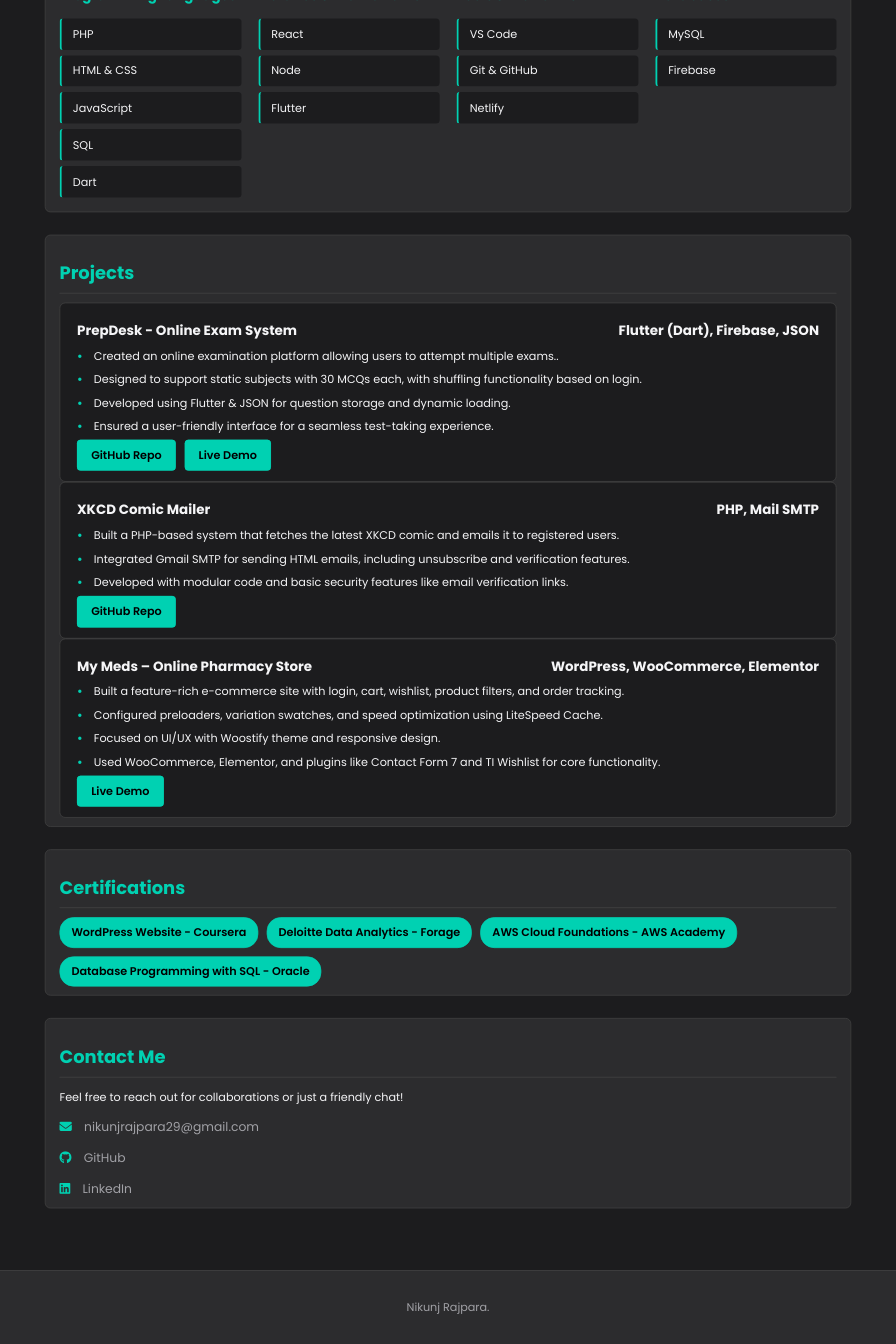
Repository: NikunjRajpara/portfolio
Page: index.html
An editor plug-in stored every save of this project. The page is shown before and after the next save, followed by the edit.
The browser window is 1280 px wide. The pictures show the part of the page from y = 1666 to 3586 px (the page is 3586 px tall), at 70% of full size.

Above is the page before, as saved 2025-07-23 11:12:26.

### index.html
<!DOCTYPE html>
<html lang="en">
<head>
    <meta charset="UTF-8">
    <meta name="viewport" content="width=device-width, initial-scale=1.0">
    <title>Nikunj Rajpara | Personal Portfolio</title>
    <link rel="stylesheet" href="style.css">
    <link rel="preconnect" href="https://fonts.googleapis.com">
    <link rel="preconnect" href="https://fonts.gstatic.com" crossorigin>
    <link href="https://fonts.googleapis.com/css2?family=Poppins:wght@300;400;600;700&display=swap" rel="stylesheet">
    <link rel="stylesheet" href="https://cdnjs.cloudflare.com/ajax/libs/font-awesome/6.5.1/css/all.min.css">
</head>
<body>

    <!-- Header Section -->
    <header>
        <nav>
            <div class="logo">Nikunj Rajpara</div>
            <ul class="nav-links">
  <li><a href="#about">About</a></li>
  <li><a href="#education">Education</a></li>
  <li><a href="#experience">Experience</a></li>
  <li><a href="#skills">Skills</a></li>
  <li><a href="#projects">Projects</a></li>
  <li><a href="#certifications">Certifications</a></li>
  <li><a href="#contact">Contact</a></li>
</ul>

        </nav>
    </header>

    <!-- Main Content -->
    <main>
        <!-- Hero Section -->
        <section id="hero">
            <div class="hero-content">
                <img src="https://github.com/user-attachments/assets/263757a8-381b-4890-8bf0-0c66ba8d1ebf" alt="Profile Picture of Nikunj Rajpara" class="profile-img">
                <div class="hero-text">
                    <h1>MERN Stack Developer</h1>
                    <p>A passionate developer focused on building secure, scalable, and modern web applications.</p>
                </div>
            </div>
        </section>

        <!-- About Section -->
        <section id="about">
            <h2>About Me</h2>
            <div class="About-item">
            <ul class="introduction">
                    <li>I'm a Computer Engineering student at Marwadi University, passionate about exploring how technology works and bringing ideas to life through hands-on experience. With a strong foundation, I am sharpening my skills as a Mern Stack Intern at BrainyBeam Technologies.</li>
                    <li> I thrive on turning ideas into functional, scalable solutions. With hands-on experience and a solid understanding, I am now expanding my horizons into open-source development. I’ve learned the importance of clean code, version control, and team collaboration — all principles I carry into every project.</li>
                    <li> I’m actively seeking internship opportunities in software development and tech-driven roles where I can grow, collaborate, and make an impact.</li>
                    <li>Let’s connect!</li>
                    </div>
        </section>

        <!-- Education Section -->
<section id="education">
  <h2>Education</h2>
  <div class="education-item">
    <p><strong>Marwadi University, Rajkot</strong></p>
    <p><strong>Computer Engineering - Diploma</strong><br>Oct 2020 - May 2023 | CGPA: 8.13</p>
  </div>
  <div class="education-item">
    <p><strong>Marwadi University, Rajkot</strong></p>
    <p><strong>Computer Engineering - B. Tech</strong><br>Sept 2023 - May 2026</p>
  </div>
</section>

        <!-- Experience Section -->
        <section id="experience">
            <h2>Experience</h2>
            <div class="experience-item">
                <div class="experience-header">
                    <h3>Brainy Beam Technologies | MERN Stack Intern</h3>
                    <span class="experience-location">Ahmedabad, Gujarat | May 2025 – June 2025</span>
                </div>
                <ul class="experience-details">
                    <li>Developed secure authentication and registration flows with real-time validation and structured error handling.</li>
                    <li>Built Core page layouts including routing, profile modules, and dashboard navigation with a clean, scalable architecture.</li>
                    <li>Followed modern web development standards and clean code practices, ensuring maintainability, performance, and security.</li>
                </ul>
            </div>
        </section>

        <!-- Skills Section -->
        <section id="skills">
            <h2>My Skills</h2>
            <div class="skills-container">
                <div class="skill-category">
                    <h3>Programming Languages</h3>
                    <ul>
                        <li>PHP</li>
                        <li>HTML & CSS</li>
                        <li>JavaScript</li>
                        <li>SQL</li>
                        <li>Dart</li>
                    </ul>
                </div>
                <div class="skill-category">
                    <h3>Libraries & Frameworks</h3>
                    <ul>
                        <li>React</li>
                        <li>Node</li>
                        <li>Flutter</li>
                    </ul>
                </div>
                <div class="skill-category">
                    <h3>Tools & Platforms</h3>
                    <ul>
                        <li>VS Code</li>
                        <li>Git & GitHub</li>
                        <li>Netlify</li>
                    </ul>
                </div>
                <div class="skill-category">
                    <h3>Databases</h3>
                    <ul>
                        <li>MySQL</li>
                        <li>Firebase</li>
                    </ul>
                </div>
            </div>
        </section>

        <!-- Projects Section -->
        <section id="projects">
            <h2>Projects</h2>
            <div class="project-card">
                <div class="project-header">
                    <h3>PrepDesk - Online Exam System</h3>
                    <span class="project-tech">Flutter (Dart), Firebase, JSON</span>
                </div>
                <ul class="project-details">
                    <li>Created an online examination platform allowing users to attempt multiple exams..</li>
                    <li>Designed to support static subjects with 30 MCQs each, with shuffling functionality based on login.</li>
                    <li>Developed using Flutter & JSON for question storage and dynamic loading.</li>
                    <li>Ensured a user-friendly interface for a seamless test-taking experience.</li>
                <div class="project-links">
                    <a href="https://github.com/NikunjRajpara/prepdesk" class="btn-link">GitHub Repo</a>
                    <a href="https://prepdeskexam.netlify.app/" class="btn-link">Live Demo</a>
                </div>
            </div>

            <div class="project-card">
  <div class="project-header">
    <h3>XKCD Comic Mailer</h3>
    <span class="project-tech">PHP, Mail SMTP</span>
  </div>
  <ul class="project-details">
    <li>Built a PHP-based system that fetches the latest XKCD comic and emails it to registered users.</li>
    <li>Integrated Gmail SMTP for sending HTML emails, including unsubscribe and verification features.</li>
    <li>Developed with modular code and basic security features like email verification links.</li>
  </ul>
  <div class="project-links">
    <a href="https://github.com/NikunjRajpara/XKCD-Comic" class="btn-link">GitHub Repo</a>
  </div>
</div>

<div class="project-card">
  <div class="project-header">
    <h3>My Meds – Online Pharmacy Store</h3>
    <span class="project-tech">WordPress, WooCommerce, Elementor</span>
  </div>
  <ul class="project-details">
    <li>Built a feature-rich e-commerce site with login, cart, wishlist, product filters, and order tracking.</li>
    <li>Configured preloaders, variation swatches, and speed optimization using LiteSpeed Cache.</li>
    <li>Focused on UI/UX with Woostify theme and responsive design.</li>
    <li>Used WooCommerce, Elementor, and plugins like Contact Form 7 and TI Wishlist for core functionality.</li>
  </ul>
  <div class="project-links">
    <a href="https://mymeds.42web.io/" class="btn-link">Live Demo</a>
  </div>
</div>

        </section>

       <!-- Certifications Section -->
<section id="certifications">
  <h2>Certifications</h2>
  <div class="certifications-container">
    <a href="https://www.coursera.org/account/accomplishments/verify/JCHUG2V3B9CD" target="_blank" class="cert-badge">WordPress Website - Coursera</a>
    <a href="https://forage-uploads-prod.s3.amazonaws.com/completion-certificates/9PBTqmSxAf6zZTseP/io9DzWKe3PTsiS6GG_9PBTqmSxAf6zZTseP_cTxrjBYMDmJePsFNL_1745661196625_completion_certificate.pdf" target="_blank" class="cert-badge">Deloitte Data Analytics - Forage</a>
    <a href="https://www.credly.com/badges/220a269f-0b0c-48c9-b872-8cb1258a5f5d" target="_blank" class="cert-badge">AWS Cloud Foundations - AWS Academy</a>
    <a href="https://drive.google.com/file/d/12mJQulLoDs20k5aMf6YPIAZCJ1PORaJe/view" target="_blank" class="cert-badge">Database Programming with SQL - Oracle</a>
  </div>
</section>



        <!-- Contact Section -->
        <aside id="contact">
            <h2>Contact Me</h2>
            <p>Feel free to reach out for collaborations or just a friendly chat!</p>
            <div class="contact-links">
                <a href="mailto:nikunjrajpara29@gmail.com"><i class="fas fa-envelope"></i> nikunjrajpara29@gmail.com</a>
                <a href="https://github.com/NikunjRajpara"><i class="fab fa-github"></i> GitHub</a>
                <a href="https://www.linkedin.com/in/nikunj-rajpara-4628a0247/"><i class="fab fa-linkedin"></i> LinkedIn</a>
            </div>
        </aside>
    </main>

    <!-- Footer -->
    <footer>
        <p>Nikunj Rajpara.</p>
    </footer>

</body>
</html>

### style.css
/* CSS Variables for easy color changes */
:root {
    --primary-neon: #00d1b2; /* A vibrant, modern teal/neon color */
    --background-dark: #1c1c1e;
    --content-dark: #2c2c2e;
    --text-light: #f5f5f7;
    --text-muted: #a1a1a6;
    --border-color: #444;
}

/* FIX: This tells the browser to leave 80px of space at the top when scrolling to an element */
html {
    scroll-behavior: smooth;
    scroll-padding-top: 80px;
}

/* General Body Styles */
body {
    font-family: 'Poppins', sans-serif;
    margin: 0;
    padding: 0;
    background-color: var(--background-dark);
    color: var(--text-light);
    line-height: 1.6;
}

/* Header and Navigation */
header {
    background-color: var(--content-dark);
    box-shadow: 0 2px 4px rgba(0,0,0,0.3);
    padding: 1rem 5%;
    position: sticky;
    top: 0;
    z-index: 1000;
}

nav {
    display: flex;
    justify-content: space-between;
    align-items: center;
}

.logo {
    font-size: 1.5rem;
    font-weight: 700;
    color: var(--primary-neon);
    text-shadow: 0 0 5px rgba(0, 209, 178, 0.7);
}

.nav-links {
    list-style: none;
    display: flex;
    gap: 1.5rem;
    margin: 0;
    padding: 0;
}

.nav-links a {
    text-decoration: none;
    color: var(--text-muted);
    font-weight: 600;
    transition: color 0.3s ease, text-shadow 0.3s ease;
}

.nav-links a:hover {
    color: var(--primary-neon);
    text-shadow: 0 0 3px rgba(0, 209, 178, 0.5);
}

/* Main Content and Sections */
main {
    padding: 1.5rem 5%;
}

section, aside {
    margin-bottom: 2rem;
    padding: 0.75rem 1.25rem; /* Reduced top and bottom padding */
    background-color: var(--content-dark);
    border-radius: 8px;
    border: 1px solid var(--border-color);
}

h1, h2, h3 {
    color: var(--text-light);
}

h1 {
    font-size: 2.5rem;
    margin-bottom: 0.5rem;
}

h2 {
    font-size: 1.6rem;
    color: var(--primary-neon);
    margin-bottom: 0.8rem;
    border-bottom: 1px solid var(--border-color);
    padding-bottom: 0.5rem;
}

/* Hero Section */
#hero {
    background: none;
    border: none;
    text-align: center;
    padding-top: 1rem;
}

.hero-content {
    display: flex;
    flex-direction: column;
    align-items: center;
    gap: 0.5rem; /* Reduced gap */
}

.profile-img {
    width: 150px;
    height: 150px;
    border-radius: 50%;
    border: 4px solid var(--primary-neon);
    box-shadow: 0 0 25px rgba(0, 209, 178, 0.5);
}

.hero-text h1 {
    color: var(--text-light);
    font-weight: 700;
    margin: 0; /* Removed all margins */
    line-height: 1.2; /* Tightened line height */
}

.hero-text p {
    font-size: 1.1rem;
    color: var(--text-muted);
    font-weight: 300;
    margin: 0; /* Removed all margins */
}

.introduction {
    list-style: none;
    padding-left: 0;
    margin: 0;
}
.About-item {
    background: var(--background-dark);
    padding: 1.5rem;
    border-radius: 8px;
    border: 1px solid var(--border-color);
}
.introduction{
    padding-left: 1.5rem;
    position: relative;
    margin-bottom: 0.5rem;
}

.introduction li::before {
    content: '•';
    color: var(--primary-neon);
    font-weight: bold;
    display: inline-block;
    position: absolute;
    left: 0;
}

/* Experience Section */
.experience-item {
    background: var(--background-dark);
    padding: 1.5rem;
    border-radius: 8px;
    border: 1px solid var(--border-color);
}

.experience-header {
    display: flex;
    justify-content: space-between;
    align-items: baseline;
    margin-bottom: 1rem;
}

.experience-header h3 {
    margin: 0;
    font-size: 1.2rem;
    font-weight: 700;
    color: var(--text-light);
}

.experience-location {
    font-size: 1.2rem;
    color: var(--text-light);
    font-style: normal;
    font-weight: 700;
    white-space: nowrap;
    padding-left: 1rem;
}

.experience-details {
    list-style: none;
    padding-left: 0;
    margin: 0;
}

.experience-details li {
    padding-left: 1.5rem;
    position: relative;
    margin-bottom: 0.5rem;
}

.experience-details li::before {
    content: '•';
    color: var(--primary-neon);
    font-weight: bold;
    display: inline-block;
    position: absolute;
    left: 0;
}

/* Skills Section */
.skills-container {
    display: grid;
    grid-template-columns: repeat(auto-fit, minmax(220px, 1fr));
    gap: 1.5rem;
}

.skill-category h3 {
    color: var(--primary-neon);
    font-size: 1.2rem;
    margin-bottom: 1rem;
}

.skill-category ul {
    list-style: none;
    padding: 0;
    margin: 0;
}

.skill-category li {
    background-color: var(--background-dark);
    padding: 0.6rem 1rem;
    margin-bottom: 0.5rem;
    border-radius: 5px;
    border-left: 3px solid var(--primary-neon);
    transition: transform 0.2s ease, box-shadow 0.2s ease;
}

.skill-category li:hover {
    transform: translateX(5px);
    box-shadow: 0 0 10px rgba(0, 209, 178, 0.3);
}


/* Projects Section */
.project-card {
    background: var(--background-dark);
    padding: 1.5rem;
    border-radius: 8px;
    border: 1px solid var(--border-color);
}

.project-header {
    display: flex;
    justify-content: space-between;
    align-items: baseline;
    margin-bottom: 0.5rem;
}

.project-header h3 {
    margin: 0;
    font-size: 1.2rem;
    font-weight: 700;
}

.project-tech {
    font-size: 1.2rem;
    color: var(--text-light);
    font-style: normal;
    font-weight: 700;
    white-space: nowrap;
    padding-left: 1rem;
}

.project-details {
    list-style: none;
    padding-left: 0;
    margin: 0;
}

.project-details li {
    padding-left: 1.5rem;
    position: relative;
    margin-bottom: 0.5rem;
}

.project-details li::before {
    content: '•';
    color: var(--primary-neon);
    font-weight: bold;
    display: inline-block;
    position: absolute;
    left: 0;
}

.project-links {
    margin-top: 1rem;
}

.btn-link {
    text-decoration: none;
    background-color: var(--primary-neon);
    color: #000;
    padding: 0.6rem 1.2rem;
    border-radius: 5px;
    font-weight: 600;
    transition: background-color 0.3s ease, box-shadow 0.3s ease;
    margin-right: 0.5rem;
    border: 1px solid var(--primary-neon);
}

.btn-link:hover {
    background-color: transparent;
    color: var(--primary-neon);
    box-shadow: 0 0 15px rgba(0, 209, 178, 0.6);
}

/* Contact Section */
#contact .contact-links {
    display: flex;
    flex-direction: column;
    gap: 1rem;
}

#contact .contact-links a {
    text-decoration: none;
    color: var(--text-muted);
    font-size: 1.1rem;
    transition: color 0.3s ease;
}

#contact .contact-links a:hover {
    color: var(--primary-neon);
}

#contact .contact-links i {
    margin-right: 0.8rem;
    color: var(--primary-neon);
}

/* Footer */
footer {
    text-align: center;
    padding: 1.5rem 5%;
    background-color: var(--content-dark);
    color: var(--text-muted);
    margin-top: 2rem;
    border-top: 1px solid var(--border-color);
}

/* Responsive Design */
@media (max-width: 768px) {
    nav {
        flex-direction: column;
        gap: 1rem;
    }

    .nav-links {
        flex-wrap: wrap;
        justify-content: center;
        gap: 0.5rem 1rem;
    }

    h1 {
        font-size: 2rem;
    }

    h2 {
        font-size: 1.5rem; /* Adjusted for mobile */
    }

    main {
        padding: 1.5rem 3%;
    }

    .skills-container {
        grid-template-columns: 1fr;
    }

    .experience-header,
    .project-header {
       flex-direction: column;
       align-items: flex-start;
       gap: 0.25rem;
    }
}

.certifications-container {
    display: flex;
    flex-wrap: wrap;
    gap: 0.75rem;
}

.cert-badge {
    display: inline-block;
    background-color: var(--primary-neon);
    color: #000;
    padding: 0.5rem 1rem;
    border-radius: 20px;
    font-weight: 600;
    text-decoration: none;
    transition: background-color 0.3s ease, color 0.3s ease, box-shadow 0.3s ease;
    border: 1px solid var(--primary-neon);
}

.cert-badge:hover {
    background-color: transparent;
    color: var(--primary-neon);
    box-shadow: 0 0 10px rgba(0, 209, 178, 0.6);
}

After the next save:
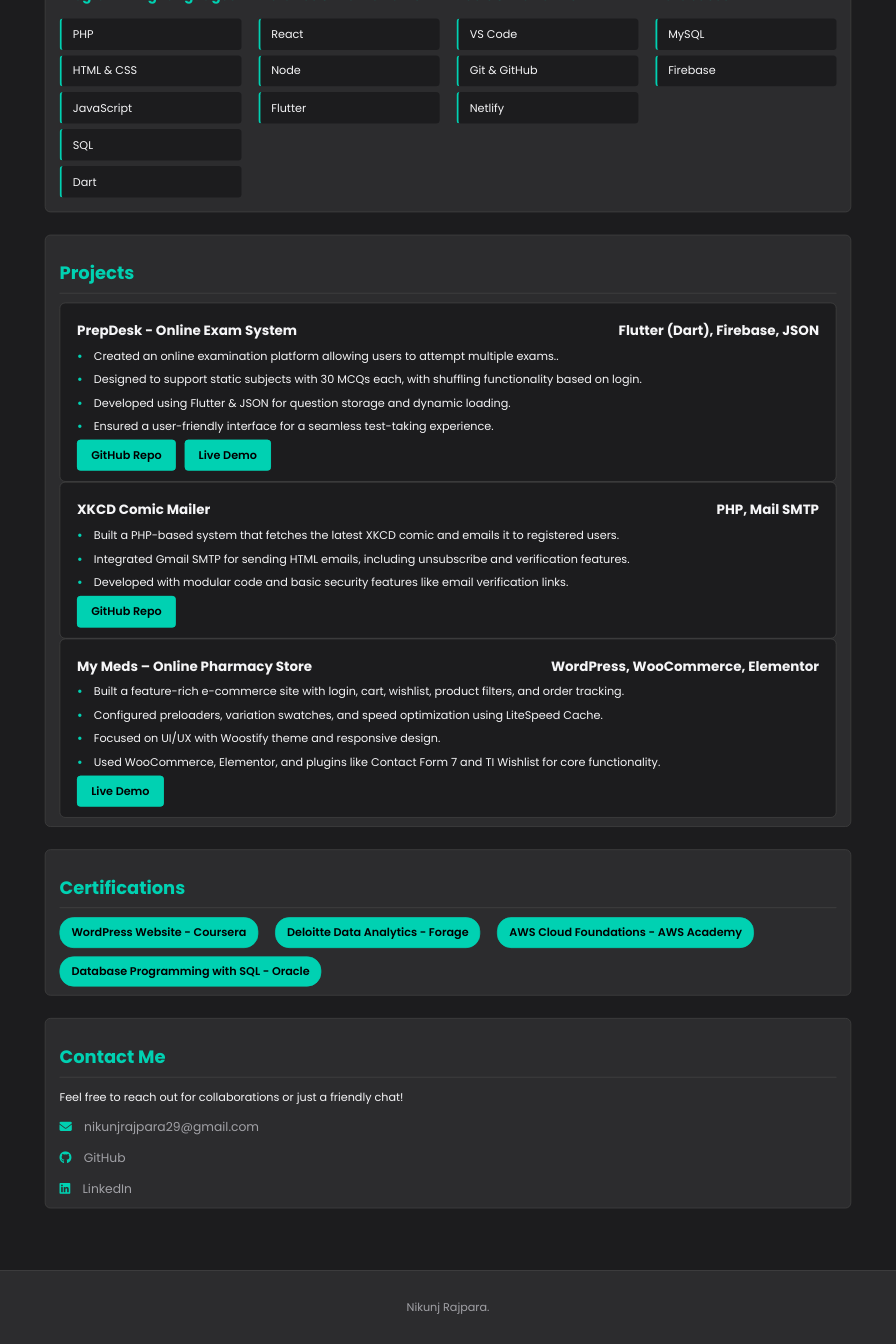
Saved 52 s later.
--- a/index.html
+++ b/index.html
@@ -179,10 +179,10 @@
 <section id="certifications">
   <h2>Certifications</h2>
   <div class="certifications-container">
-    <a href="https://www.coursera.org/account/accomplishments/verify/JCHUG2V3B9CD" target="_blank" class="cert-badge">WordPress Website - Coursera</a>
-    <a href="https://forage-uploads-prod.s3.amazonaws.com/completion-certificates/9PBTqmSxAf6zZTseP/io9DzWKe3PTsiS6GG_9PBTqmSxAf6zZTseP_cTxrjBYMDmJePsFNL_1745661196625_completion_certificate.pdf" target="_blank" class="cert-badge">Deloitte Data Analytics - Forage</a>
-    <a href="https://www.credly.com/badges/220a269f-0b0c-48c9-b872-8cb1258a5f5d" target="_blank" class="cert-badge">AWS Cloud Foundations - AWS Academy</a>
-    <a href="https://drive.google.com/file/d/12mJQulLoDs20k5aMf6YPIAZCJ1PORaJe/view" target="_blank" class="cert-badge">Database Programming with SQL - Oracle</a>
+    <a href="https://www.coursera.org/account/accomplishments/verify/JCHUG2V3B9CD" target="_blank" class="cert-badge">WordPress Website - Coursera</a><br>
+    <a href="https://forage-uploads-prod.s3.amazonaws.com/completion-certificates/9PBTqmSxAf6zZTseP/io9DzWKe3PTsiS6GG_9PBTqmSxAf6zZTseP_cTxrjBYMDmJePsFNL_1745661196625_completion_certificate.pdf" target="_blank" class="cert-badge">Deloitte Data Analytics - Forage</a><br>
+    <a href="https://www.credly.com/badges/220a269f-0b0c-48c9-b872-8cb1258a5f5d" target="_blank" class="cert-badge">AWS Cloud Foundations - AWS Academy</a><br>
+    <a href="https://drive.google.com/file/d/12mJQulLoDs20k5aMf6YPIAZCJ1PORaJe/view" target="_blank" class="cert-badge">Database Programming with SQL - Oracle</a><br>
   </div>
 </section>
 
